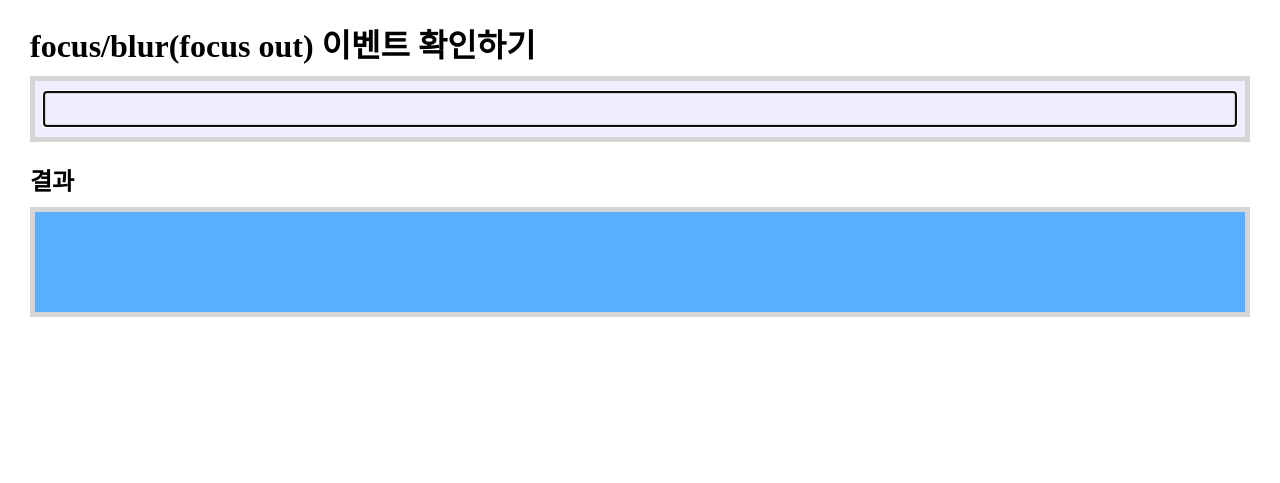
Repository: rwanda95do/bitcamp
Page: jQuery/src/main/webapp/02_jQueryEvent/exam10.html
The author's editor kept a copy of each file at every save. The page is drawn from the files as they stood at one save, then again after the next save.
The browser window is 1280 px wide. The pictures show the whole page.

Above is the page before, as saved 2024-08-23 02:00:10.

### jQuery/src/main/webapp/02_jQueryEvent/exam10.html
<!DOCTYPE html>
<html>
<head>
<meta charset="UTF-8">
<title>Insert title here</title>
<link rel="stylesheet" href="../css/event.css">


</head>
<body>
	<h1>focus/blur(focus out) 이벤트 확인하기</h1>
	<div id="input">
		<input type="text" />
	</div>

	<h2>결과</h2>
	<div id="result"></div>

<script type="text/javascript" src="http://code.jquery.com/jquery-3.7.1.min.js"></script>
<script type="text/javascript">

$(function () {	// <body>를 다 읽은 후에 실행
	let count = 0;

	$('#input > input[type="text"]').focus();

	$('#input > input[type="text"]').focus(function() {
		$('#result').html('포커스가 들어갔다')
	});

	$('#input > input[type="text"]').blur(function() {
		$('#result').html('포커스가 나갔다')
	});
});
</script>

</body>
</html>



<!--
.keypress는 대소문자 구별
-->

### jQuery/src/main/webapp/css/event.css
@charset "UTF-8";



* {
    padding: 0;
    margin: 10px;
}
#input, #result {
    border: 5px solid #D5D5D5;
    text-align: center;
    width: auto;
    font-weight: bold;
}
#input {
    background: #eef;
    padding: 5px;
}
#input:after {
    content: '';
    display: block;
    float: none;
    clear: both;
}
#input > input, #input > select, #input > div, #input > button, #input > div > button {
    width: 99%;
    text-align: center;
    display: block;
    font-size: 17px;
    color: #222;
    background: #eef;
    border: 3px solid #d3d3d3;
    margin: 5px auto;
    padding: 5px 0;
}
#input > h3 {
    text-align: left;
    margin: 0;
    padding: 10px 0 0 0;
}
#input > h3:before {
    content: '';
    display: block;
    float: none;
    clear: both;
}
#input > label {
    margin: 0;
    padding: 0;
    display: block;
    float: left;
    padding-bottom: 10px;
}
#input > label > input {
    width: auto !important;
    display: inline;
}
#input .myButton {
    box-shadow: inset 0px 1px 0px 0px #54a3f7; /* inset : 박스 안쪽의 그림자 */
    background: linear-gradient(to bottom, #007dc1 5%, #0061a7 100%);
    /* background-color: #007dc1; */
    border-radius: 3px;
    border: 1px solid #124d77;
    display: inline-block;
    color: #ffffff;
    font-family: arial;
    font-size: 15px;
    font-weight: normal;
    padding: 6px 24px;
    text-decoration: none;
    text-shadow: 0px 1px 0px #154682;
}
#input .myButton:hover {
    background: linear-gradient(to bottom, #0061a7 5%, #007dc1 100%);
    background-color: #0061a7;
}
#input .myButton:active {
    position: relative;
    top: 1px;
}

h2 {
    padding-top: 10px;
}
#result {
    padding: 50px;
    font-size: 17px;
    color: #500;
    background: #5AAEFF;
}

After the next save:
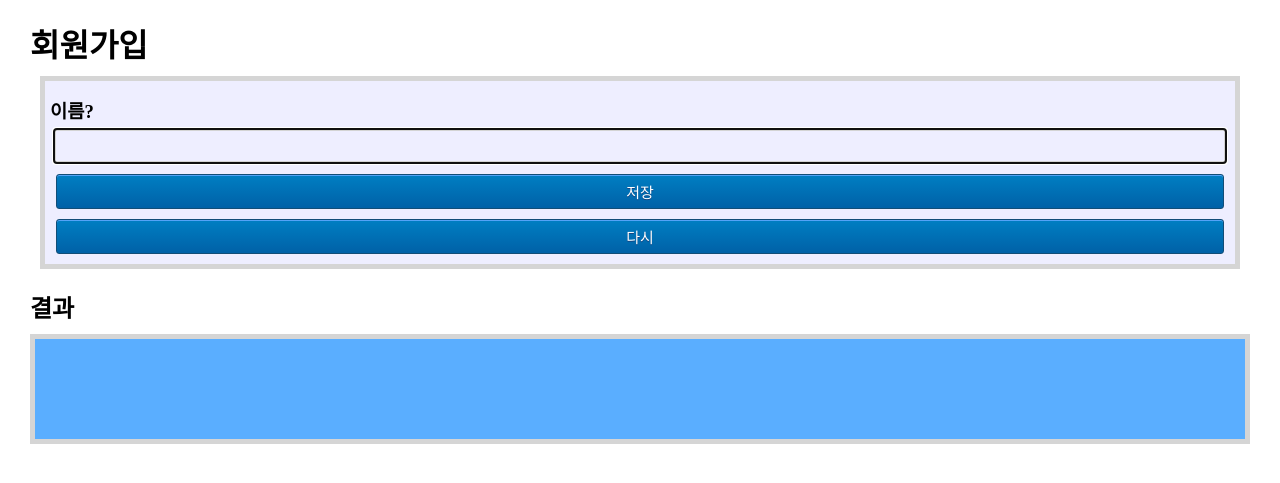
Saved 2 min 55 s later.
--- a/jQuery/src/main/webapp/02_jQueryEvent/exam10.html
+++ b/jQuery/src/main/webapp/02_jQueryEvent/exam10.html
@@ -8,10 +8,15 @@
 
 </head>
 <body>
-	<h1>focus/blur(focus out) 이벤트 확인하기</h1>
-	<div id="input">
-		<input type="text" />
-	</div>
+	<h1>회원가입</h1>
+	<form action="form_ok.html" name="form1">
+		<div id="input">
+			<h3>이름?</h3>
+			<input type="text" name="user_name">
+			<input type="submit" value="저장" class="myButton">
+			<input type="reset" value="다시" class="myButton">
+		</div>
+	</form>
 
 	<h2>결과</h2>
 	<div id="result"></div>
